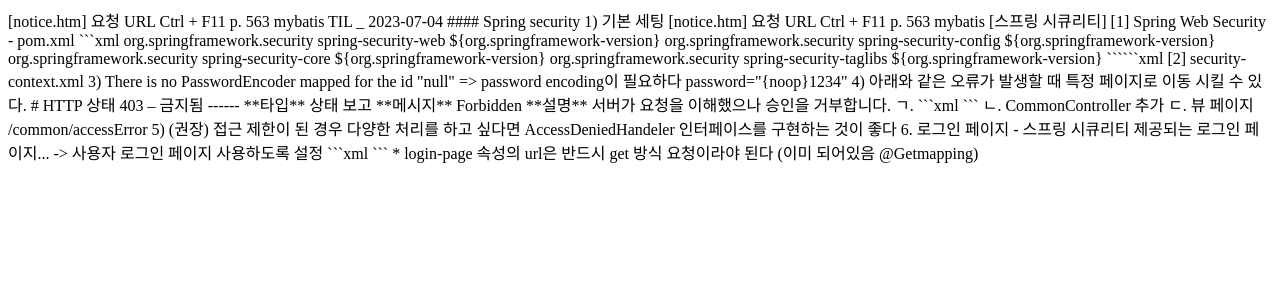
Repository: Vida0822/-
Page: SL11_SECURITY/src/main/webapp/customer/notice.htm
An editor plug-in stored every save of this project. The page is shown before and after the next save, followed by the edit.
The browser window is 1280 px wide. The pictures show the whole page.

Above is the page before, as saved 2023-07-04 02:21:19.

After the next save:
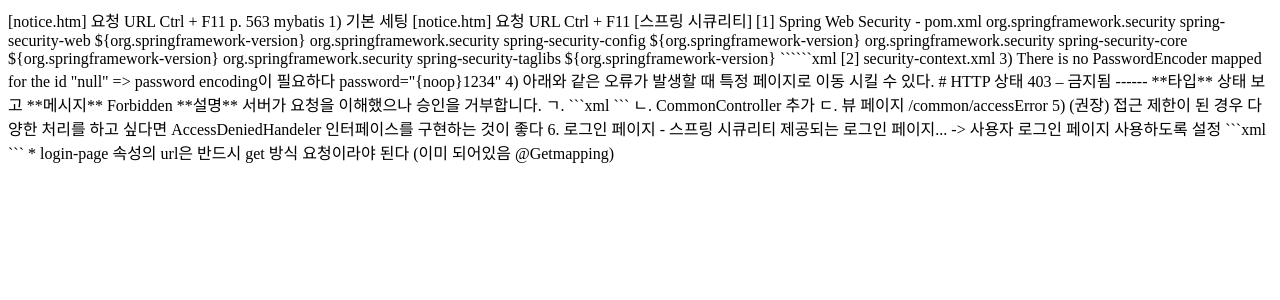
Saved 62 s later.
--- a/SL11_SECURITY/src/main/webapp/customer/notice.htm
+++ b/SL11_SECURITY/src/main/webapp/customer/notice.htm
@@ -5,21 +5,17 @@
 
 
 
-TIL _ 2023-07-04
-
-#### Spring security
 
 1) 기본 세팅
 
 [notice.htm] 요청 URL
 Ctrl + F11
 
-p. 563 mybatis
+
 
 [스프링 시큐리티]
 [1] Spring Web Security - pom.xml
 
-```xml
 <dependency>
 		<groupId>org.springframework.security</groupId>
 		<artifactId>spring-security-web</artifactId>
